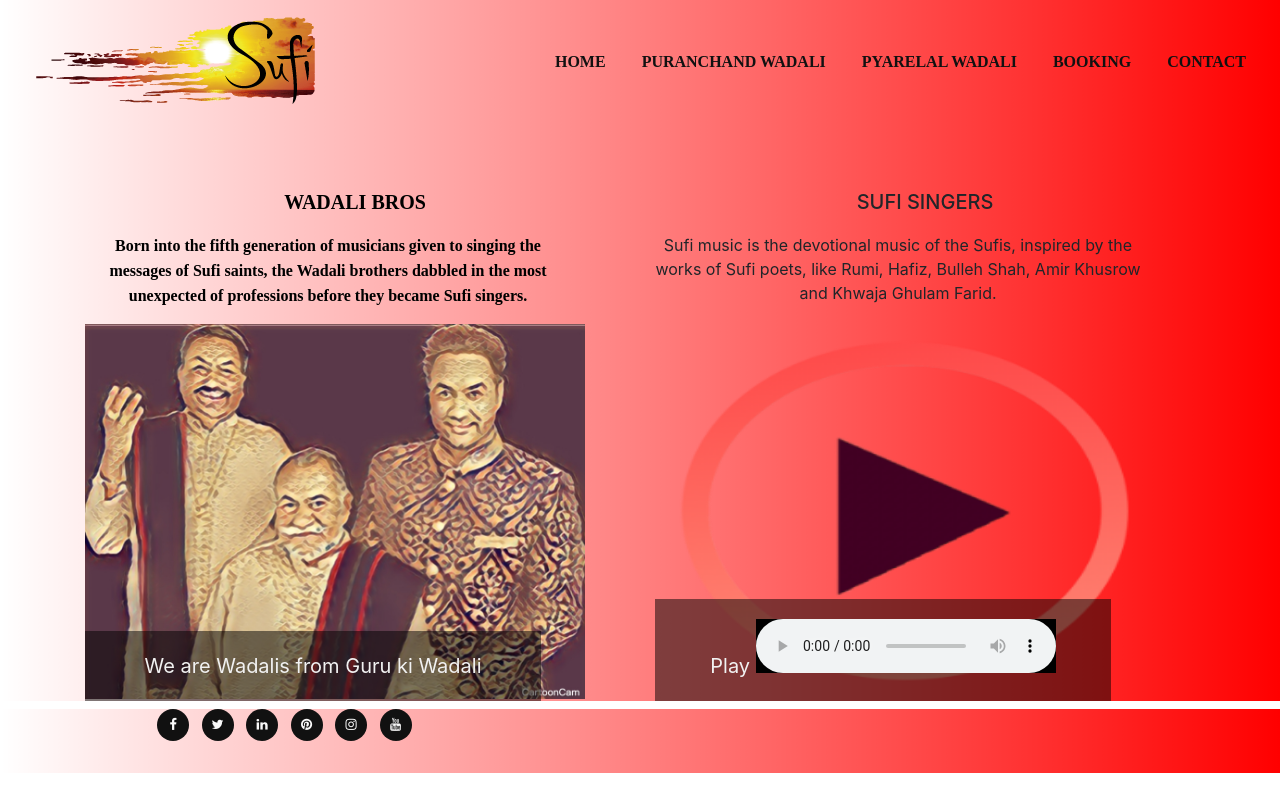
Repository: hankanallt/Wadalis
Page: index.html
The author's editor kept a record of every edit. The page is drawn from the files as they stood at one moment, then again after the next edit.
The browser window is 1280 px wide. The pictures show the whole page.

Above is the page before.

### index.html
<!DOCTYPE html>
<html lang="en">
<head>
    <meta charset="UTF-8">
    <meta name="viewport" content="width=device-width, initial-scale=1.0">
    <meta http-equiv="X-UA-Compatible" content="ie=edge">
    <link rel="stylesheet" href="style.css" type="text/css" />
    <link rel="stylesheet" href="https://stackpath.bootstrapcdn.com/bootstrap/4.3.1/css/bootstrap.min.css" integrity="sha384-ggOyR0iXCbMQv3Xipma34MD+dH/1fQ784/j6cY/iJTQUOhcWr7x9JvoRxT2MZw1T" crossorigin="anonymous">
    <script src="https://code.jquery.com/jquery-3.3.1.slim.min.js" integrity="sha384-q8i/X+965DzO0rT7abK41JStQIAqVgRVzpbzo5smXKp4YfRvH+8abtTE1Pi6jizo" crossorigin="anonymous"></script>
  <script src="https://cdnjs.cloudflare.com/ajax/libs/popper.js/1.14.7/umd/popper.min.js" integrity="sha384-UO2eT0CpHqdSJQ6hJty5KVphtPhzWj9WO1clHTMGa3JDZwrnQq4sF86dIHNDz0W1" crossorigin="anonymous"></script>
  <script src="https://stackpath.bootstrapcdn.com/bootstrap/4.3.1/js/bootstrap.min.js" integrity="sha384-JjSmVgyd0p3pXB1rRibZUAYoIIy6OrQ6VrjIEaFf/nJGzIxFDsf4x0xIM+B07jRM" crossorigin="anonymous"></script>
    <link rel="stylesheet" href="https://stackpath.bootstrapcdn.com/font-awesome/4.7.0/css/font-awesome.min.css" type="text/css" />

    <title>Wadali Bros</title>


</head>
<body>

    <section id=" nav-bar" >
  <nav class="navbar navbar-expand-lg navbar-light">
  <a class="navbar-brand" href="#"><img src="images/Logo-sufi.png"></a>

  <button class="navbar-toggler" type="button" data-toggle="collapse" data-target="#navbarNav"
  aria-controls="navbarNav" aria-expanded="false" aria-label="Toggle navigation">
    <i class="fa fa-bars"></i>
  </button>

  <div class="collapse navbar-collapse" id="navbarNav">
    <ul class="navbar-nav ml-auto">

      <li class="nav-item">
        <a class="nav-link" href="index.html">HOME</a>
      </li>
      <li class="nav-item">
        <a class="nav-link" href="puran.html">PURANCHAND WADALI</a>
      </li>
      <li class="nav-item">
        <a class="nav-link" href="pyare.html">PYARELAL WADALI</a>
      </li>
      <li class="nav-item">
        <a class="nav-link" href="book.html">BOOKING</a>
      </li>
      <li class="nav-item">
        <a class="nav-link" href="contact.html">CONTACT</a>
      </li>
    </ul>
  </div>
</nav>
    </section>

  <!-----------------banner--------------------->

  <section id= "banner" >
    <div class="container">
      <div class="row">
        <div class="col-md-6">

          <p class="title"><a href="https://en.wikipedia.org/wiki/Wadali_Brothers">WADALI BROS</p>
          <p class="center">Born into the fifth generation of musicians given to singing the messages of Sufi saints,
            the Wadali brothers dabbled in the most unexpected of professions before they became Sufi singers.</a>
          </p>
          <a href="https://www.hindustantimes.com/music/sufi-style-joining-the-wadali-family-tradition-with-a-twist-of-fusion/story-YBfGZiv7FvyeA1krT0Z8UJ.html"><img src="images/wadalibros.jpg" width="500"></a>
          <div class="overlay">We are Wadalis from Guru ki Wadali
          </div>

          </div>

          <div class="col-md-6">
          <p class="title">SUFI SINGERS</p>
          <p class="center">Sufi music is the devotional music of the Sufis, inspired by the works of Sufi poets, like Rumi, Hafiz, Bulleh Shah, Amir Khusrow and Khwaja Ghulam Farid.</p>

          <a href="#"><img src="images/play button.png" onClick="document.getElementById('audio_play').play(); return false;"  width="500" height="380"></a>
          <div class="overlay">Play

          <audio id="audio_play" controls id="controls">
    <source src="kamli.mp3" type="audio/mpeg" />
          </audio>
          </div>

        </div>
      </div>
    </div>
  </section>
  <footer class="mainfooter">
    <div class="col-sm-4" ml-auto>
                <h5 class="uppercase general-sub"></h5>

                <ul class="list-inline social-links">
                    <li class="list-inline-item">
                        <a target="_blank" href="https://www.facebook.com/thewadalibrothers/">
                            <i class="fa fa-facebook" aria-hidden="true"></i>
                            <span class="sr-only">Facebook</span>
                        </a>
                    </li>
                    <li class="list-inline-item">
                        <a target="_blank" href="https://twitter.com/wadalibrothers?lang=en">
                            <i class="fa fa-twitter" aria-hidden="true"></i>
                            <span class="sr-only">Twitter</span>
                        </a>
                    </li>
                    <li class="list-inline-item">
                        <a target="_blank" href="https://in.linkedin.com/in/wadali-brothers-322633147">
                            <i class="fa fa-linkedin" aria-hidden="true"></i>
                            <span class="sr-only">LinkedIn</span>
                        </a>
                    </li>
                    <li class="list-inline-item">
                        <a target="_blank" href="https://in.pinterest.com/wadalibrothers/">
                            <i class="fa fa-pinterest" aria-hidden="true"></i>
                            <span class="sr-only">Pinterest</span>
                        </a>
                    </li>
                    <li class="list-inline-item">
                        <a target="_blank" href="https://www.instagram.com/explore/tags/wadalibrothers/">
                            <i class="fa fa-instagram" aria-hidden="true"></i>
                            <span class="sr-only">Instagram</span>
                        </a>
                    </li>
                    <li class="list-inline-item">
                        <a target="_blank" href="https://www.youtube.com/watch?v=tL5sYdlk20I">
                            <i class="fa fa-youtube" aria-hidden="true"></i>
                            <span class="sr-only">YouTube</span>
                        </a>
                    </li>
                </ul>
            </div>

    </footer>

</body>
</html>

### style.css
*
{
    margin:0;
    padding: 0;
}

.body
{
    font-family: sans-serif;
}

#nav-bar
{
    position: absolute;
    top: 0;
    z-index: auto;
}

.navbar
{
 background-image: linear-gradient(to right, rgba(255,0,0,0), rgba(255,0,0,1));
}

.navbar-brand-img
{
    height: 15%;
    padding-left: 20;
    resize: auto;
}

.navbar-nav li
{
    padding: 0 10px;
}

.navbar-nav li a
{
color : #111111 !important ;
font-weight : 600;
font-family: cursive;
float: right;
text-align: left;

}

.navbar-nav li a i:hover {
    background: #111111;
    transition: all 0.35s ease-in-out;
    -moz-transition: all 0.35s ease-in-out;
    -webkit-transition: all 0.35s ease-in-out;
    -o-transition: all 0.35s ease-in-out;

}

.fa-bars
{
    color: #fff;
    font-size: 30px;
}

.navbar-toggler{
    outline: none;
}

.center
{
    text-align: center;
    width: 90%;

}

.p
{
    background-color: silver;
    color: blue;

}

#banner
{
    background-image: linear-gradient(to right, rgba(255,0,0,0), rgba(255,0,0,1));
    padding-top: 5%;
    background-position: center;
    background-repeat: no-repeat;
    background-size: cover;
    min-height: 360px;
    transition: all .5s ease-in-out;
    -moz-transition: all .5s ease-in-out;
    -webkit-transition: all .5s ease-in-out;
}

.title
{
    font-size: 20px;
    font-weight: 500;
    text-align: center;
    display: block;
}

.img{
    border-color: black;
    border-radius: 2px;

}

.img1{
    border-color: black;
    border-radius: 2px;

}

.controls{
    color:transparent;
}
.overlay {
position: absolute;
  bottom: 0;
  background: rgb(0, 0, 0);
  background: rgba(0, 0, 0, 0.5); /* Black see-through */
  color: #f1f1f1;
  width: 80%;
  transition: .5s ease;
  opacity:5;
  font-size: 20px;
  padding: 20px;
  text-align: center;
}

/* When you mouse over the container, fade in the overlay title */
.container:hover .overlay {
  opacity: 5;
  transition: ease-in-out;
}



#banner a
{
    color: black;
    text-decoration: none;
    font-family: cursive;
    font-weight: bold;
}

/*-------------------------------footer*/

.mainfooter
{
  background-image: linear-gradient(to right, rgba(255,0,0,0), rgba(255,0,0,1));
  padding-bottom: 5%;
  margin: auto;
}

#audio_play{
    background-color:black;

}
/*-------------------------social links----------*/


.social-links {
    padding-bottom: 15px;
    float: right
}



.social-links li a i {
    width: 32px;
    height: 32px;
    padding: 12px 0;
    border-radius: 50%;
    font-size: 13px;
    line-height: 7px;
    text-align: center;
    color: #fafafa;
    background: #111111;
    transition: all 0.35s ease-in-out;
    -moz-transition: all 0.35s ease-in-out;
    -webkit-transition: all 0.35s ease-in-out;
    -o-transition: all 0.35s ease-in-out;
}


.social-links li a i:hover {
    background: #e84610;
}
.footer{
    float: right;
}

/*-----------------contact form-----------*/

.contact-form{
    margin-top: 100px;
    color: black;
    text-transform: inherit;
    transition: all 4s ease-in-out;

}

.contact-form h1{
    font-size: 20px;
    line-height: 10px;

}

.contact-form h2{
    font-size: 10px;
}

.form{
    margin-top: 50px;
     transition: all 4s ease-in-out;

}

.formcontrol{
    width: 600px;
    border-bottom: 2px solid;
    color: black;
    font-size: 18px;
    margin-bottom: 16px;
    font-weight: bold

}

.formcontrol1{
    background-color: transparent;
    border-color: black;
    font-size: 20px;
    font-weight: bold;
    letter-spacing: 2px;
    height: 50px;
    margin-top: 20px;



}

.formcontrol1:hover{
    background-color: pink;
    cursor: pointer;
}

@media(min-width: 900px){
    .center-form{
    padding-top: 30;
    min-height: 240px;
    margin: 0 auto;
    max-width: 50%;
}
}

After the next edit:
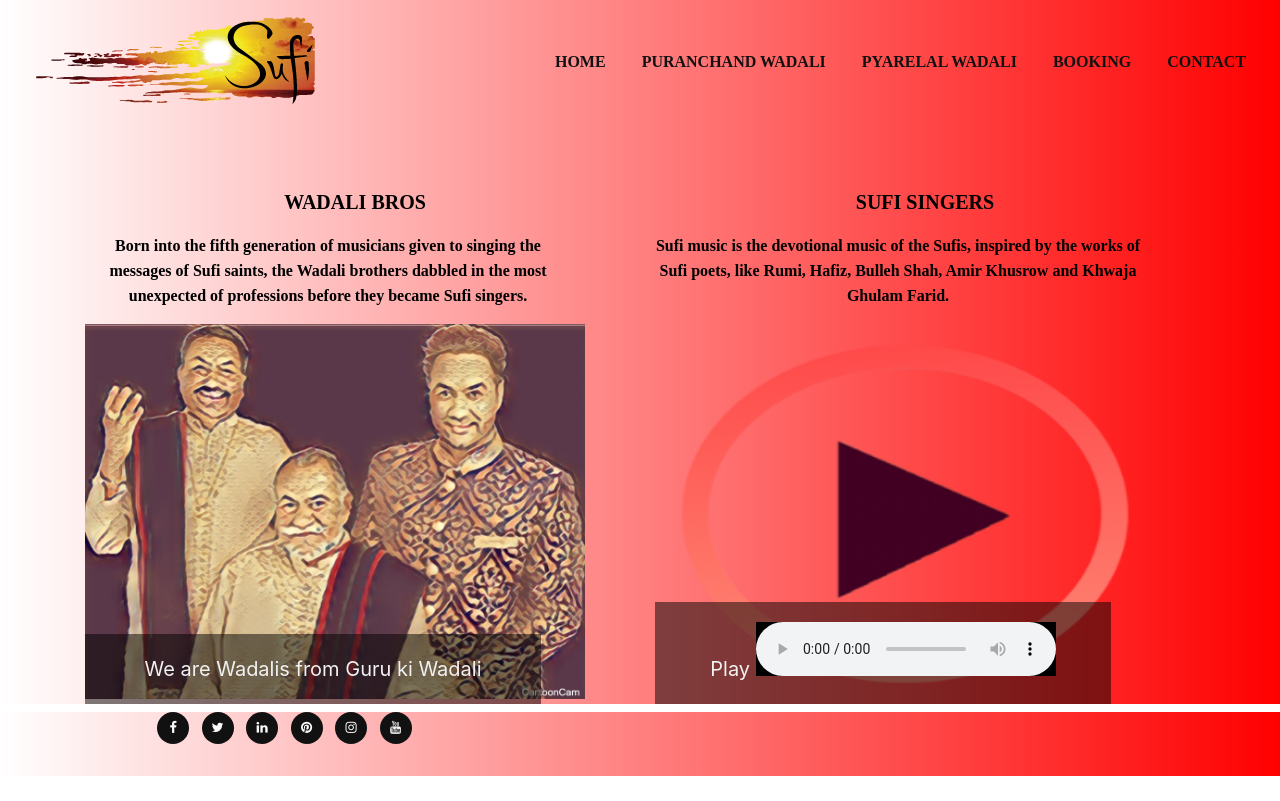
The edit:
--- a/index.html
+++ b/index.html
@@ -67,8 +67,8 @@
           </div>
 
           <div class="col-md-6">
-          <p class="title">SUFI SINGERS</p>
-          <p class="center">Sufi music is the devotional music of the Sufis, inspired by the works of Sufi poets, like Rumi, Hafiz, Bulleh Shah, Amir Khusrow and Khwaja Ghulam Farid.</p>
+          <p class="title"><a href="https://en.wikipedia.org/wiki/Sufi_music">SUFI SINGERS</p>
+          <p class="center">Sufi music is the devotional music of the Sufis, inspired by the works of Sufi poets, like Rumi, Hafiz, Bulleh Shah, Amir Khusrow and Khwaja Ghulam Farid.</a></p>
 
           <a href="#"><img src="images/play button.png" onClick="document.getElementById('audio_play').play(); return false;"  width="500" height="380"></a>
           <div class="overlay">Play
